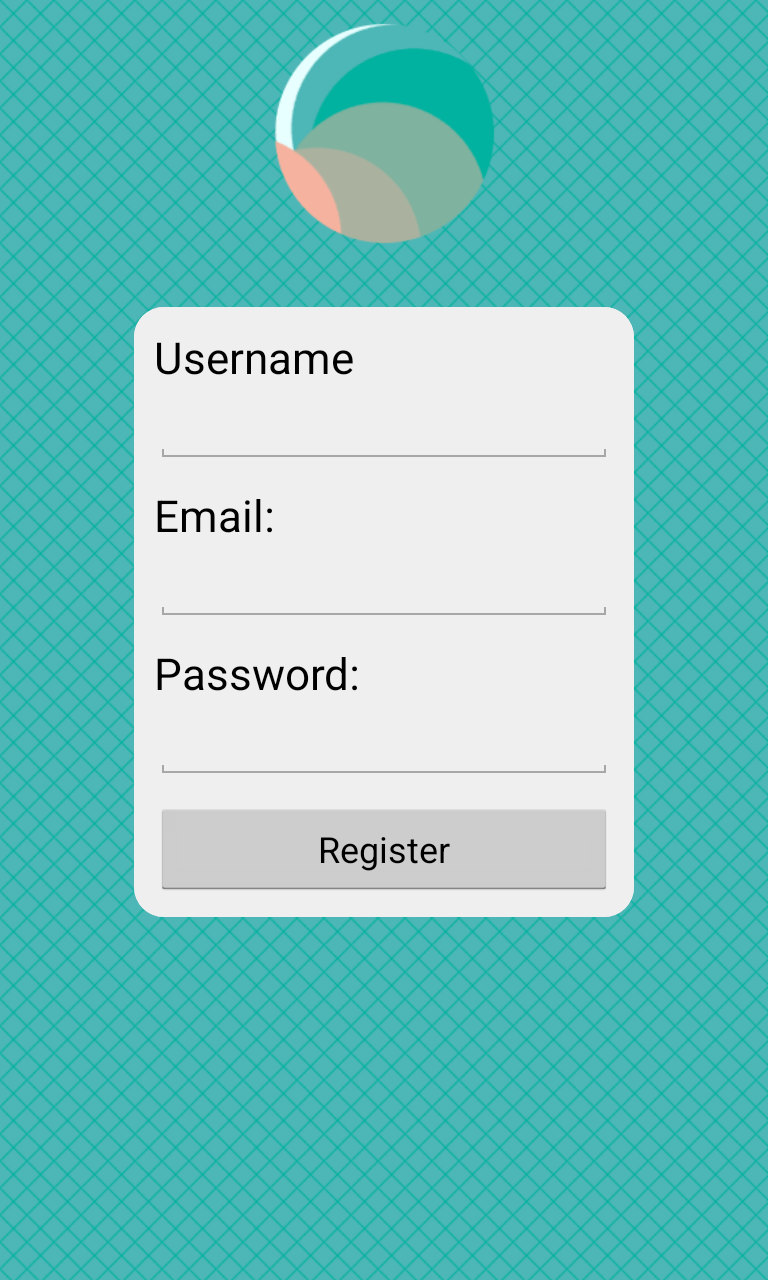
Repository: ppamorim/Coderock-X
Layout: workspace-Android/teste1/res/layout/activity_register.xml
These files come from the project's save history. The layout is drawn as it stood at one moment and after the next save; the edit follows.
It is drawn on a 768 x 1280 px phone screen (xhdpi) without system bars, with theme AppTheme; the app's code is not run.

Above is the layout before, as saved 2014-01-05 22:47:15.

After the next save:
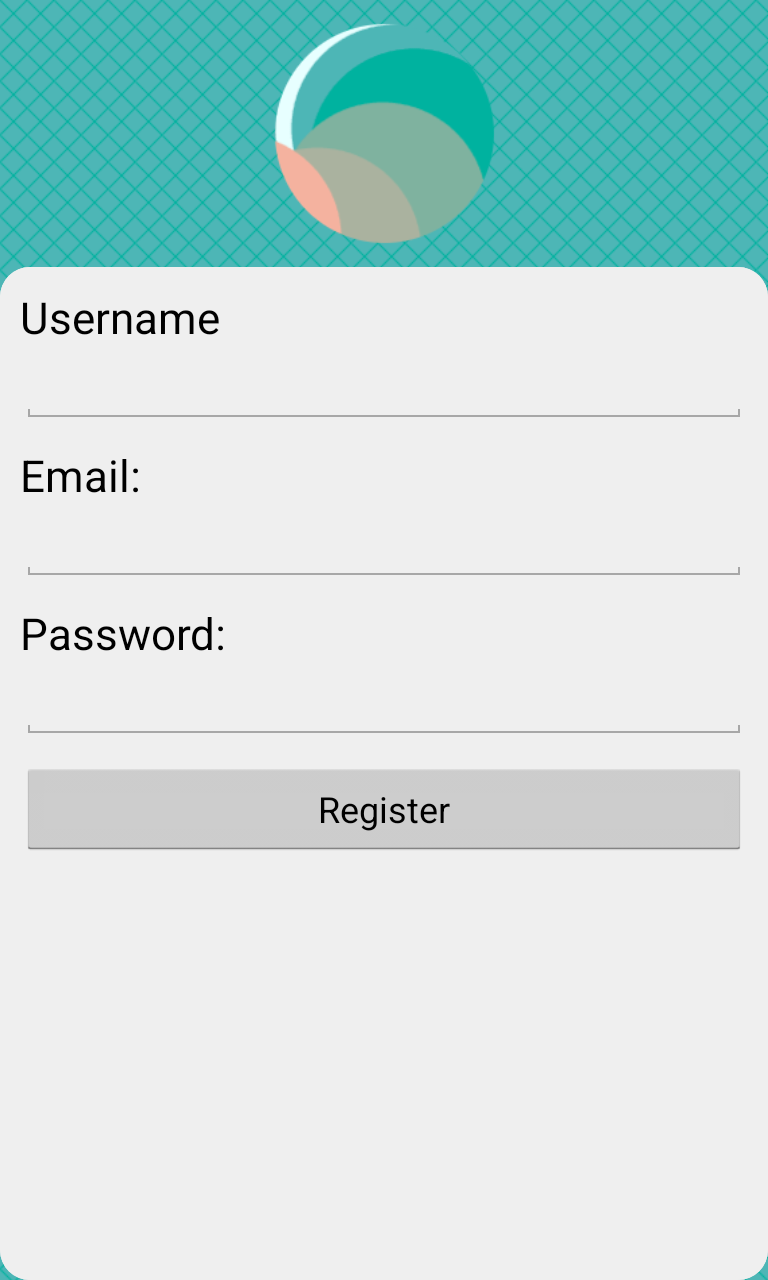
Saved 3 min 10 s later.
--- a/workspace-Android/teste1/res/layout/activity_register.xml
+++ b/workspace-Android/teste1/res/layout/activity_register.xml
@@ -12,11 +12,6 @@
     android:scaleType="centerInside"
     android:src="@drawable/splash" />
 
-    <FrameLayout
-        android:layout_width="250dp"
-        android:layout_height="wrap_content"
-        android:layout_gravity="center"
-        android:layout_marginTop="20dp">
 
         <LinearLayout
             android:layout_width="match_parent"
@@ -103,5 +98,4 @@
 
         	</LinearLayout>
         </LinearLayout>
-    </FrameLayout>
 </LinearLayout>

After the save that followed:
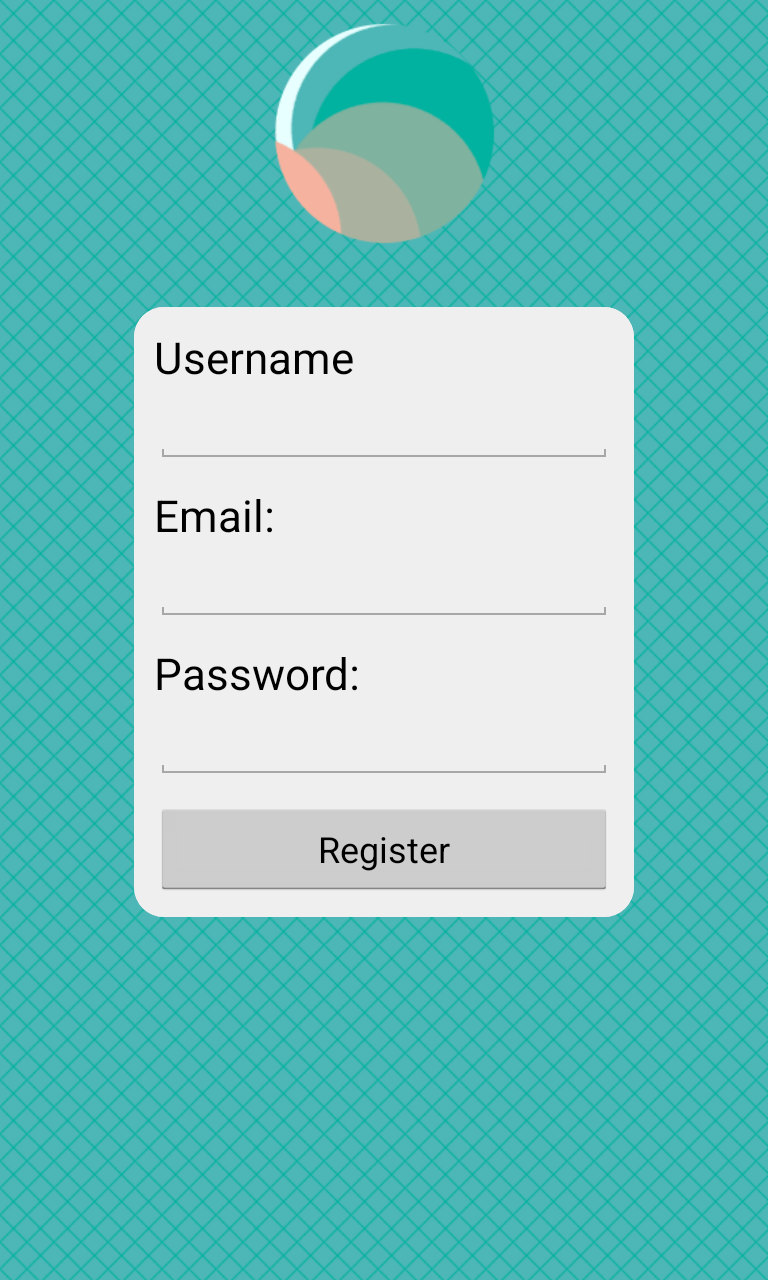
Saved 18 s later.
--- a/workspace-Android/teste1/res/layout/activity_register.xml
+++ b/workspace-Android/teste1/res/layout/activity_register.xml
@@ -12,6 +12,11 @@
     android:scaleType="centerInside"
     android:src="@drawable/splash" />
 
+    <FrameLayout
+        android:layout_width="250dp"
+        android:layout_height="wrap_content"
+        android:layout_gravity="center"
+        android:layout_marginTop="20dp">
 
         <LinearLayout
             android:layout_width="match_parent"
@@ -57,7 +62,7 @@
                 android:textAppearance="?android:attr/textAppearanceLarge" />
 
             	<EditText
-            	android:id="@+id/Email"
+            	android:id="@+id/Ema"
             	android:layout_width="match_parent"
             	android:layout_height="wrap_content"
             	android:layout_marginLeft="10dp"
@@ -98,4 +103,5 @@
 
         	</LinearLayout>
         </LinearLayout>
+    </FrameLayout>
 </LinearLayout>
